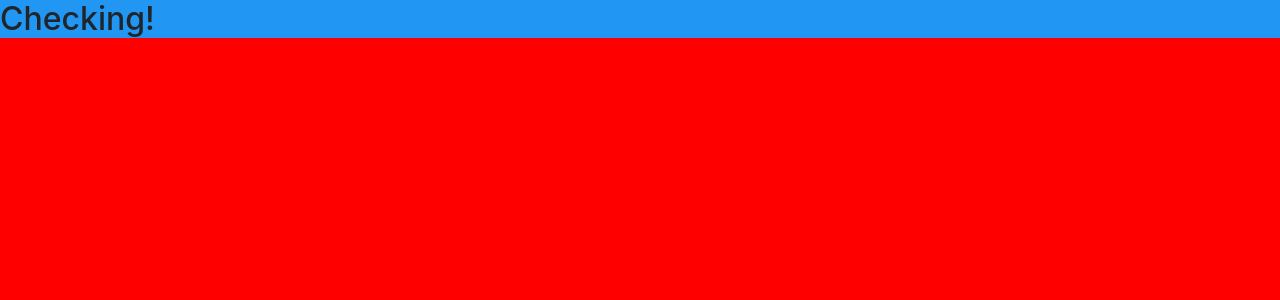
Repository: neerajchavan/E-Commerce-Project
Page: http://localhost/E-Commerce-Project/About.jsp
These files come from the project's save history. The page is drawn as it stood at one moment and after the next save; the edit follows.
The browser window is 1280 px wide. The pictures show the whole page.
Some web libraries are served in a nearby version. The page is served by Tomcat 9.

Above is the page before, as saved 2020-10-07 15:35:18.

After the next save:
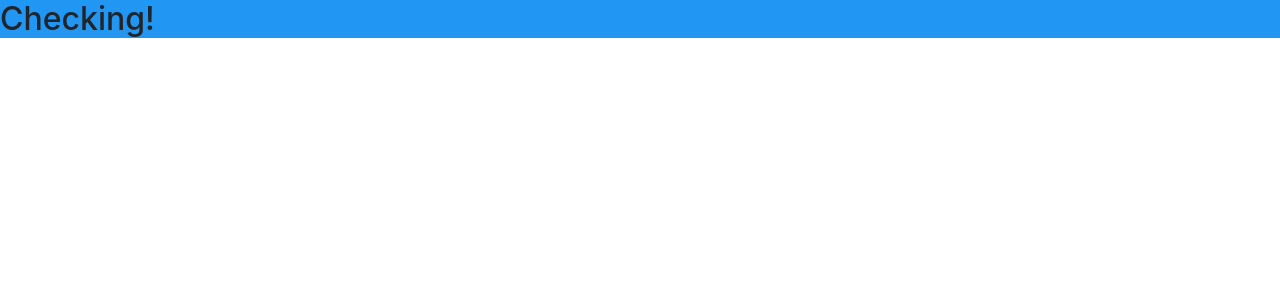
Saved 25 s later.
--- a/E-Commerce-Project/WebContent/CSS/Style.css
+++ b/E-Commerce-Project/WebContent/CSS/Style.css
@@ -1,8 +1,3 @@
-
-body{
-	background:red;
-}
-
 .custom-bg{
 	background:#2196f3;
 }
